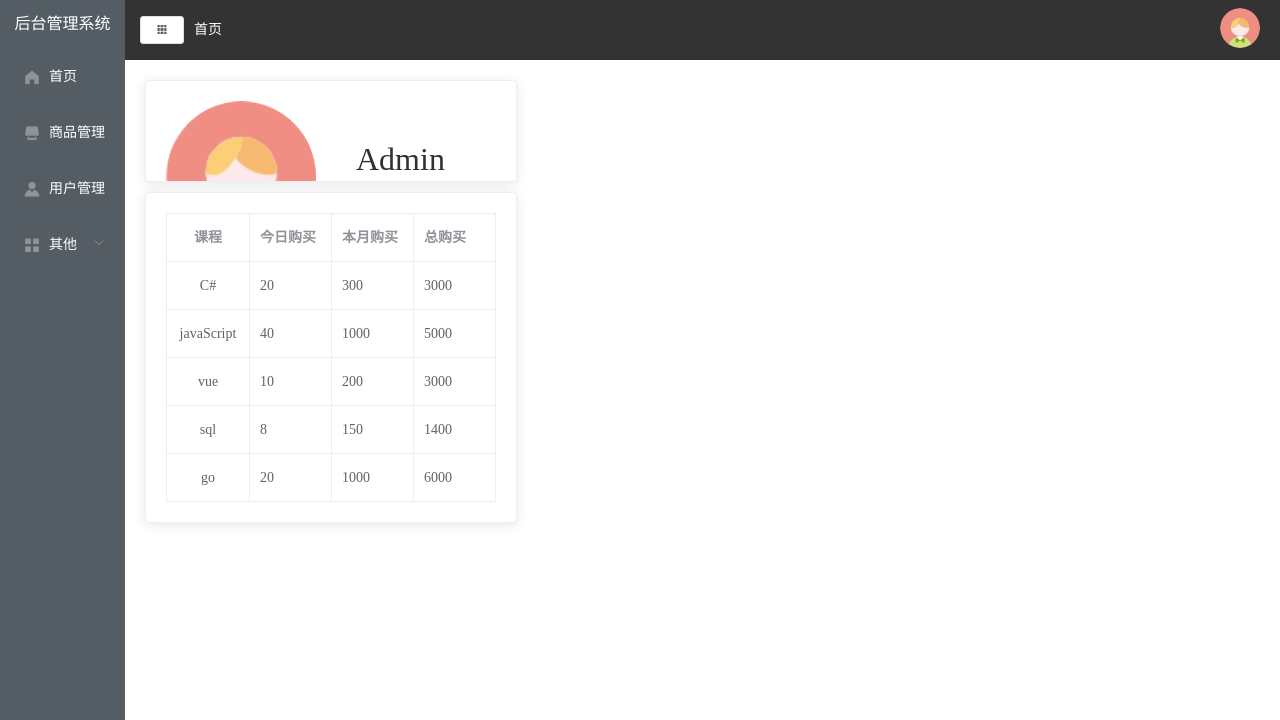
Repository: tkqi/manage
Page: /
These files come from the project's save history. The page is drawn as it stood at one moment and after the next save; the edit follows.
The browser window is 1280 px wide. The pictures show the whole page.
The project was rebuilt for these pictures with package versions that can differ from the ones it lists, and the page was loaded fresh each time. Also part of the build but not shown: vue.config.js.

Above is the page before, as saved 2023-12-03 16:54:40.

### src/main.js
import Vue from 'vue'
import App from './App.vue'
import router from './router'
import store from './store'
import ElementUI from 'element-ui';
import 'element-ui/lib/theme-chalk/index.css';

Vue.config.productionTip = false
Vue.use(ElementUI);

new Vue({
  router,
  store,
  render: h => h(App)
}).$mount('#app')

### src/App.vue
<template>
  <div id="app">
    <!-- 路由出口 -->
    <router-view />
  </div>
</template>

<script>
export default {
  name: 'App'
}
</script>

<style lang="less">
html,
body,
h3,
p {
  margin: 0;
  padding: 0;
}
</style>

### src/router/index.js
import Vue from 'vue'
import VueRouter from 'vue-router'
import routes from './routes'
Vue.use(VueRouter)


const router = new VueRouter({
  routes: routes
})

// 暴露router实例
export default router

### src/store/index.js
import Vue from 'vue'
import Vuex from 'vuex'
import tab from './tab.js'

Vue.use(Vuex)

const store = new Vuex.Store({
  state: {

  },
  getters: {
  },
  mutations: {
  },
  actions: {
  },
  modules: {
    tab
  }
})

export default store;

### src/router/routes.js
export default [
    // 主路由
    {
        path: '/',
        component: () => import('../views/Main.vue'),
        redirect: '/home',// 重定向
        // 子路由
        children: [
            {
                // 首页
                path: '/home',
                // 路由组件懒加载
                component: () => import('../views/Home.vue')
            },
            {
                // 用户管理
                path: '/user',
                component: () => import('../views/User.vue')
            },
            {
                // 商品管理
                path: '/mall',
                component: () => import('../views/Mall.vue')
            },
            {
                // 其他/页面1
                path: '/page1',
                component: () => import('../views/Page1.vue')
            },
            {
                // 其他/页面2
                path: '/page2',
                component: () => import('../views/Page2.vue')
            },
        ]
    },
    {
        path: '/home',
        // 路由组件懒加载
        component: () => import('../views/Home.vue')
    },
    {
        path: '/user',
        component: () => import('../views/User.vue')
    }
]

### src/store/tab.js
// 菜单相关数据
export default {
    state: {
        isCollapse: false
    },
    getters: {
        getisCollapse: (state) => state.isCollapse
    },
    mutations: {
        EDITIsCollapse(state){
            state.isCollapse = !state.isCollapse;
        }
    }
}

### src/views/Main.vue
<!-- eslint-disable vue/multi-word-component-names -->
<template>
    <div>
        <el-container>
            <el-aside width="auto">
                <sidebar />
            </el-aside>
            <el-container>
                <el-header>
                    <topbar />
                </el-header>
                <el-main>
                    <transition>
                        <keep-alive>
                            <router-view />
                        </keep-alive>
                    </transition>
                </el-main>
            </el-container>
        </el-container>
    </div>
</template>

<script>
import sidebar from '../components/sidebar.vue'
import topbar from '../components/topbar.vue';
export default {
    components: {
        sidebar,
        topbar
    }
}
</script>

<style lang="less" scoped>
.el-header {
    padding: 0;
    margin: 0;
}
</style>

### src/views/Home.vue
<!-- eslint-disable vue/multi-word-component-names -->
<template>
    <el-row>
        <el-col :span="8">
            <div>
                <el-card class="box-card">
                    <div class="user">
                        <img class="img" src="../assets/img/user-default.png" alt="">
                        <div class="user-info">
                            <P class="name">Admin</P>
                            <p class="access">管理员</p>
                        </div>
                    </div>
                    <el-divider></el-divider>
                    <div class="login-info">
                        <p>上次登录时间: <span>2023-12-03</span></p>
                        <p>上次登录地点: <span>绍兴</span></p>
                    </div>
                </el-card>
                <el-card class="table">
                    <el-table :data="tableData" border style="width: 100%">
                        <el-table-column prop="course" label="课程" min-width="30" :width="auto" align="center">
                        </el-table-column>
                        <el-table-column prop="buytoday" label="今日购买" min-width="30" :width="auto">
                        </el-table-column>
                        <el-table-column prop="buythemonth" label="本月购买" min-width="30" :width="auto">
                        </el-table-column>
                        <el-table-column prop="buyall" label="总购买" min-width="30" :width="auto">
                        </el-table-column>
                    </el-table>
                </el-card>
            </div>
        </el-col>
        <el-col :span="16">
            <div class="grid-content bg-purple-light"></div>
        </el-col>
    </el-row>
</template>

<script>
export default {
    data() {
        return {
            tableData: [
                {
                    course: 'C#',
                    buytoday: 20,
                    buythemonth: 300,
                    buyall: 3000
                },
                {
                    course: 'javaScript',
                    buytoday: 40,
                    buythemonth: 1000,
                    buyall: 5000
                },
                {
                    course: 'vue',
                    buytoday: 10,
                    buythemonth: 200,
                    buyall: 3000
                },
                {
                    course: 'sql',
                    buytoday: 8,
                    buythemonth: 150,
                    buyall: 1400
                },
                {
                    course: 'go',
                    buytoday: 20,
                    buythemonth: 1000,
                    buyall: 6000
                }
            ]
        }
    }
}
</script>
<style lang="less" scoped>
.box-card {
    height: 100px;
    .user {
        display: flex;
        align-items: center;
        padding-right: 0px;

        .user-info {
            .name {
                font-size: 32px;
                margin-bottom: 10px;
            }

            .access {
                color: #fff000;
            }
        }

        img {
            height: 150px;
            width: 150px;
            border-radius: 50%;
            margin-right: 40px;
        }
    }
}

.login-info {
    line-height: 25px;

    p {
        font-size: 12px;

        span {
            font-size: 12px;
            margin-left: 50px;
        }
    }
}

.table {
    margin-top: 10px;
}
</style>

### src/components/sidebar.vue
<!-- eslint-disable vue/multi-word-component-names -->
<template>
    <el-menu class="menu" @open="handleOpen" @close="handleClose" :collapse="isCollapse" background-color="#545c64"
        text-color="#fff" active-text-color="#ffd04b">
        <h3>{{ !isCollapse?'后台管理系统':'后台' }}</h3>
        <el-menu-item v-for="item in noChildren" :key="item.name" :index="item.name" @click="clickMenu(item)">
            <i :class="`el-icon-${item.icon}`"></i>
            <span slot="title">{{ item.label }}</span>
        </el-menu-item>
        <el-submenu v-for="item in hasChildren" :key="item.label" :index="item.label">
            <template slot="title">
                <i :class="`el-icon-${item.icon}`"></i>
                <span slot="title">{{ item.label }}</span>
            </template>
            <el-menu-item-group v-for="subitem in item.children" :key="subitem.name">
                <el-menu-item :index="subitem.name" @click="clickSubmenu(subitem)">
                    <!-- <template slot="title"> -->
                    <i :class="`el-icon-${subitem.icon}`"></i>
                    <span slot="title">{{ subitem.name }}</span>
                    <!-- </template> -->
                </el-menu-item>
            </el-menu-item-group>
        </el-submenu>
    </el-menu>
</template>

<script>
export default {
    computed: {
        // 无子菜单
        noChildren() {
            return this.menuData.filter(o => !o.children);
        },
        // 有子菜单
        hasChildren() {
            return this.menuData.filter(o => o.children);
        },
        isCollapse() {
           return this.$store.state.tab.isCollapse;
        }
    },
    data() {
        return {
            // 使用store实时改变属性需要定义到computed
            // isCollapse: this.$store.getters('getisCollapse'),
            menuData: [
                {
                    path: '/',
                    name: 'home',
                    label: "首页",
                    icon: 's-home',
                    url: 'Home/Home'
                },
                {
                    path: '/mall',
                    name: 'mall',
                    label: "商品管理",
                    icon: 's-shop',
                    url: 'MallManage/MallManage'
                },
                {
                    path: '/user',
                    name: 'user',
                    label: "用户管理",
                    icon: 's-custom',
                    url: 'UserManage/UserManage'
                },
                {
                    label: '其他',
                    icon: 'menu',
                    children: [
                        {
                            path: '/page1',
                            name: 'page1',
                            label: "页面1",
                            icon: 's-claim',
                            url: 'Other/PageOne'
                        },
                        {
                            path: '/page2',
                            name: 'page2',
                            label: "页面2",
                            icon: 's-claim',
                            url: 'Other/PageTwo'
                        },
                    ]
                }
            ]
        };
    },
    methods: {
        handleOpen(key, keyPath) {
            console.log(key, keyPath);
        },
        handleClose(key, keyPath) {
            console.log(key, keyPath);
        },
        clickMenu(item) {
            console.log(this.$router.currentRoute.path);
            // 判断当前路由于点击链接的路由不一致才跳转
            if (item.path != this.$route.path && !(this.$route.path == '/home' && item.path == '/'))
                this.$router.push(item.path);
        },
        clickSubmenu(subitem) {
            // 判断当前路由于点击链接的路由不一致才跳转
            if (subitem.path != this.$route.path)
                this.$router.push(subitem.path);
        }
    }
}
</script>

<style lang="less" scoped>
.el-menu-vertical-demo:not(.el-menu--collapse) {
    width: 200px;
    min-height: 400px;
}

.menu {
    height: 100vh;
    border-right:0;
    h3 {
        color: rgb(255, 255, 255);
        text-align: center;
        line-height: 48px;
        font-size: 16px;
        font-weight: 400;
    }
}
</style>

### src/components/topbar.vue
<!-- eslint-disable vue/multi-word-component-names -->
<template>
    <div class="head-container">
        <div class="l-content">
            <el-button icon="el-icon-s-grid" size="mini" @click="changeCollapse()"/>
            <!-- 面包屑 -->
            <span class="text">首页</span>
        </div>
        <div class="r-content">
            <el-dropdown>
                <span class="el-dropdown-link">
                    <img class="img" src="../assets/img/user-default.png" alt="">
                </span>
                <el-dropdown-menu slot="dropdown">
                    <el-dropdown-item>个人中心</el-dropdown-item>
                    <el-dropdown-item>退出</el-dropdown-item>
                </el-dropdown-menu>
            </el-dropdown>
        </div>
    </div>
</template>

<script>
export default {
    data(){
        return{

        }
    },
    methods:{
        changeCollapse(){
            console.log(1);
            this.$store.commit('EDITIsCollapse');
        }
    }
}
</script>

<style lang="less" scoped>
.head-container {
    background-color: #333;
    height: 60px;
    display: flex;
    justify-content: space-between;
    align-items: center;
    padding-left: 15px;
    padding-right: 20px;
}

// .l-content {
//     padding-left: 15px;
// }

// .r-content {}

.text {
    color: white;
    font-size: 14px;
    padding-left: 10px;
}

.img{
    height: 40px;
    width: 40px;
    border-radius: 50%;
}
</style>

Loaded but not shown: public/index.html (common file)

After the next save:
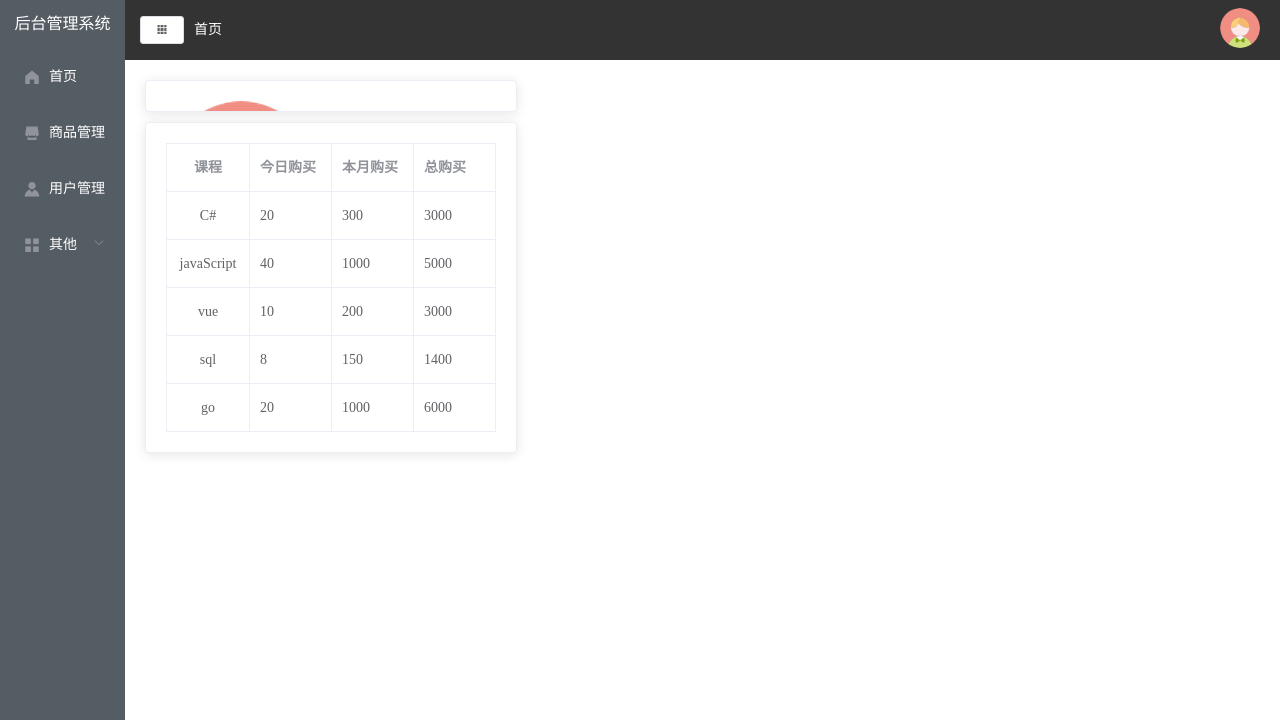
Saved 9 s later.
--- a/src/views/Home.vue
+++ b/src/views/Home.vue
@@ -79,7 +79,7 @@ export default {
 </script>
 <style lang="less" scoped>
 .box-card {
-    height: 100px;
+    height: 30px;
     .user {
         display: flex;
         align-items: center;
